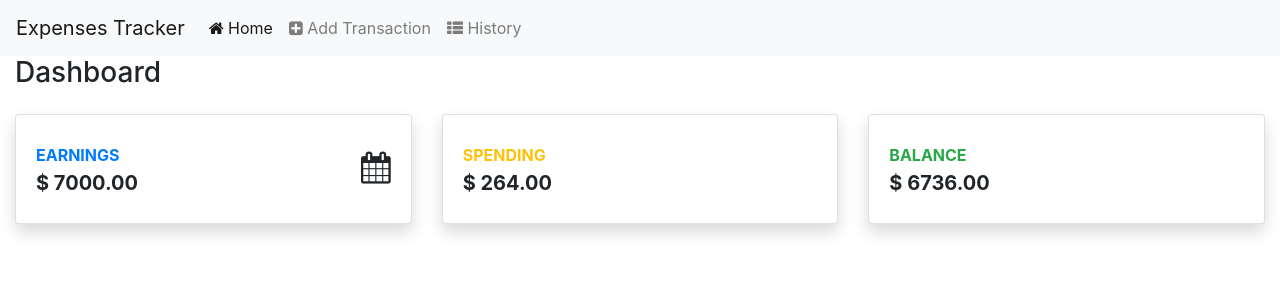
Repository: yucheng91/CI3-expenses-manager
Page: http://localhost/home
The author's editor kept a record of every edit. The page is drawn from the files as they stood at one moment, then again after the next edit.
The browser window is 1280 px wide. The pictures show the whole page.
The page is served by the project's application, run on Flask 3 (app.py). The database holds what the project's SQL file puts in it.

Above is the page before.

### templates/index.html
<!doctype html>
<html lang="en">

<head>
    <!-- Required meta tags -->
    <meta charset="utf-8">
    <meta name="viewport" content="width=device-width, initial-scale=1, shrink-to-fit=no">

    <!-- Bootstrap CSS -->
    <link rel="stylesheet" href="https://cdnjs.cloudflare.com/ajax/libs/font-awesome/4.7.0/css/font-awesome.css">
    <link rel="stylesheet" href="https://stackpath.bootstrapcdn.com/bootstrap/4.3.1/css/bootstrap.min.css" integrity="sha384-ggOyR0iXCbMQv3Xipma34MD+dH/1fQ784/j6cY/iJTQUOhcWr7x9JvoRxT2MZw1T" crossorigin="anonymous">
    <link rel="stylesheet" href="{{ url_for('static', filename='css/style.css') }}">

    <title>Hello, world!</title>
</head>

<body>
    <!--nav bar-->
    <nav class="navbar navbar-expand-sm navbar-light bg-light fixed-top">
  <a class="navbar-brand" href="#">Expenses Tracker</a>
  <button class="navbar-toggler" type="button" data-toggle="collapse" data-target="#navbarNav" aria-controls="navbarNav" aria-expanded="false" aria-label="Toggle navigation">
    <span class="navbar-toggler-icon"></span>
  </button>
  <div class="collapse navbar-collapse" id="navbarNav">
    <ul class="navbar-nav">
      <li class="nav-item active">
        <a class="nav-link" href="{{ url_for('home') }}"><i class="fa fa-home" aria-hidden="true"></i> Home</a>
      </li>
      <li class="nav-item">
        <a class="nav-link" href="{{ url_for('addtransaction') }}"><i class="fa fa-plus-square" aria-hidden="true"></i> Add Transaction</a>
      </li>
      <li class="nav-item">
        <a class="nav-link" href="{{ url_for('viewall') }}"><i class="fa fa-th-list" aria-hidden="true"></i> History</a>
      </li>
    </ul>
  </div>
    </nav>
    <!--end nav-->

<div id="content">
          <!-- Begin Page Content -->
        <div class="container-fluid">

          <!-- Page Heading -->
          <div class="d-sm-flex align-items-center justify-content-between mb-4">
            <h1 class="h3 mb-0 text-gray-800">Dashboard</h1>
          </div>

          <!-- Content Row -->
          <div class="row">

            <!-- Earnings (Monthly) Card Example -->
            <div class="col-xl-4 col-md-6 mb-4">
              <div class="card border-left-primary shadow h-100 py-2">
                <div class="card-body">
                  <div class="row no-gutters align-items-center">
                    <div class="col mr-2">
                      <div class="text-xs font-weight-bold text-primary text-uppercase mb-1">Earnings</div>
                      <div class="h5 mb-0 font-weight-bold text-gray-800">$ {{totaldebit['totaldebit']}}</div>
                    </div>
                    <div class="col-auto">
                      <i class="fa fa-calendar fa-2x text-gray-300"></i>
                    </div>
                  </div>
                </div>
              </div>
            </div>

            <!-- Earnings (Monthly) Card Example -->
            <div class="col-xl-4 col-md-6 mb-4">
              <div class="card border-left-warning shadow h-100 py-2">
                <div class="card-body">
                  <div class="row no-gutters align-items-center">
                    <div class="col mr-2">
                      <div class="text-xs font-weight-bold text-warning text-uppercase mb-1">Spending</div>
                      <div class="h5 mb-0 font-weight-bold text-gray-800">$ {{totalcredit['totalcredit']}}</div>
                    </div>
                    <div class="col-auto">
                      <i class="fa fa-dollar-sign fa-2x text-gray-300"></i>
                    </div>
                  </div>
                </div>
              </div>
            </div>

            <!-- Earnings (Monthly) Card Example -->
            <div class="col-xl-4 col-md-6 mb-4">
              <div class="card border-left-success shadow h-100 py-2">
                <div class="card-body">
                  <div class="row no-gutters align-items-center">
                    <div class="col mr-2">
                      <div class="text-xs font-weight-bold text-success text-uppercase mb-1">Balance</div>
                      <div class="h5 mb-0 font-weight-bold text-gray-800">$ {{balance['balance']}}</div>
                    </div>
                    <div class="col-auto">
                      <i class="fa fa-dollar-sign fa-2x text-gray-300"></i>
                    </div>
                  </div>
                </div>
              </div>
            </div>
        <!-- /.container-fluid -->
</div>

    <script src="https://code.jquery.com/jquery-3.3.1.slim.min.js" integrity="sha384-q8i/X+965DzO0rT7abK41JStQIAqVgRVzpbzo5smXKp4YfRvH+8abtTE1Pi6jizo" crossorigin="anonymous"></script>
    <script src="https://cdnjs.cloudflare.com/ajax/libs/popper.js/1.14.7/umd/popper.min.js" integrity="sha384-UO2eT0CpHqdSJQ6hJty5KVphtPhzWj9WO1clHTMGa3JDZwrnQq4sF86dIHNDz0W1" crossorigin="anonymous"></script>
    <script src="https://stackpath.bootstrapcdn.com/bootstrap/4.3.1/js/bootstrap.min.js" integrity="sha384-JjSmVgyd0p3pXB1rRibZUAYoIIy6OrQ6VrjIEaFf/nJGzIxFDsf4x0xIM+B07jRM" crossorigin="anonymous"></script>
</body>

</html>

### app.py
from flask import Flask, render_template, request, redirect, url_for
import os
import pymysql

connection = pymysql.connect(
    host='localhost', # IP address of the database; localhost means "the local machine"
    user="yucheng91",  #the mysql user
    password="coconuty", #the password for the user
    database="expenses" #the name of database we want to use
)

#if PHP doesn't show, perform $ sudo apt-get install --reinstall libapache2-mod-php7.2

app = Flask(__name__)

@app.route('/home')
def home():
    cursor = connection.cursor(pymysql.cursors.DictCursor)
    sql = "SELECT SUM(debit) AS totaldebit FROM transaction"
    cursor.execute(sql)
    totaldebit = cursor.fetchone()

    sql = "SELECT SUM(credit) AS totalcredit FROM transaction"
    cursor.execute(sql)
    totalcredit = cursor.fetchone()

    sql = "SELECT (SELECT SUM(debit) AS sumdebit FROM transaction) - (SELECT SUM(credit) AS sumcredit FROM transaction) AS balance FROM transaction"
    cursor.execute(sql)
    balance = cursor.fetchone()
    return render_template('index.html',totaldebit = totaldebit, totalcredit = totalcredit,balance=balance)

@app.route('/view-all')
def viewall():
    cursor = connection.cursor(pymysql.cursors.DictCursor)
    sql = "SELECT * FROM transaction JOIN categories ON transaction.categoriesid = categories.id JOIN mode ON transaction.modeid = mode.id JOIN account on transaction.accountid = account.id"
    cursor.execute(sql)
    results = []
    for r in cursor:
         results.append(r)

    sql = "SELECT SUM(debit) AS totaldebit FROM transaction"
    cursor.execute(sql)
    totaldebit = cursor.fetchone()

    sql = "SELECT SUM(credit) AS totalcredit FROM transaction"
    cursor.execute(sql)
    totalcredit = cursor.fetchone()

    sql = "SELECT (SELECT SUM(debit) AS sumdebit FROM transaction) - (SELECT SUM(credit) AS sumcredit FROM transaction) AS balance FROM transaction"
    cursor.execute(sql)
    balance = cursor.fetchone()

    return render_template('transaction_overview.html', data=results,totaldebit = totaldebit, totalcredit = totalcredit,balance=balance)

@app.route('/new-transaction/', methods=["GET"])
def addtransaction():

    cursor = connection.cursor(pymysql.cursors.DictCursor)
    sql = "SELECT * FROM mode"
    # fetch all genres and store it in a list
    cursor.execute(sql)
    mode = []
    for r in cursor:
        mode.append({
            'id' : r['id'],
            'name': r['mname']
        })

    # fetch all media type and store it in a list
    sql = "SELECT * FROM categories"
    cursor.execute(sql)
    categories = []
    for r in cursor:
        categories.append({
            'id':r['id'],
            'name': r['cname']
        })

    # fetch all media type and store it in a list
    sql = "SELECT * FROM account"
    cursor.execute(sql)
    account = []
    for r in cursor:
        account.append({
            'id':r['id'],
            'name': r['aname']
        })

    sql = "SELECT * FROM tag"
    cursor.execute(sql)
    tag = []
    for r in cursor:
        tag.append({
            'id':r['id'],
            'name': r['tname']
        })

    return render_template('new_transaction.html', mode=mode, categories=categories, account=account, tag=tag)

@app.route('/new-transaction/', methods=["POST"])
def process_addtransaction():
    transaction_name = request.form.get("transaction")
    category_name = request.form.get("category")
    mode_name = request.form.get("mode")
    by_name = request.form.get("by")
    debit_name = request.form.get("debit")
    if request.form.get("debit") == "":
        debit_name = "0"

    credit_name = request.form.get("credit")
    if request.form.get("credit") == "":
        credit_name = "0"

    cursor = connection.cursor(pymysql.cursors.DictCursor)

    sql = "INSERT INTO transaction (description,categoriesid,modeid,accountid,debit,credit) VALUE (%s,%s,%s,%s,%s,%s)"
    cursor.execute(sql,[transaction_name,category_name,mode_name,by_name,debit_name,credit_name])

    transactionid = cursor.lastrowid
    tagid = request.form.getlist("tag")
    for t in tagid:
        sql = "INSERT INTO transactiontag (transactionid,tagid) VALUE (%s,%s)"
        cursor.execute(sql,[transactionid,t])

    connection.commit()
    return redirect(url_for('viewall'))

# Edit transaction
@app.route('/view-all/edit/<id>')
def edit_transaction(id):

    cursor = connection.cursor(pymysql.cursors.DictCursor)
    sql = "SELECT * FROM transaction JOIN transactiontag ON transaction.id = transactiontag.transactionid JOIN tag ON transactiontag.tagid = tag.id WHERE transaction.id = {}".format(id)
    cursor.execute(sql)
    transaction = cursor.fetchone()

    sql = "DELETE FROM transactiontag WHERE transactiontag.transactionid = {}".format(id)
    cursor.execute(sql)

    sql = "SELECT * FROM mode"
    cursor.execute(sql)
    mode = []
    for r in cursor:
        mode.append({
            'id' : r['id'],
            'name': r['mname']
        })

    sql = "SELECT * FROM categories"
    cursor.execute(sql)
    categories = []
    for r in cursor:
        categories.append({
            'id':r['id'],
            'name': r['cname']
        })

    sql = "SELECT * FROM account"
    cursor.execute(sql)
    account = []
    for r in cursor:
        account.append({
            'id':r['id'],
            'name': r['aname']
        })

    sql = "SELECT * FROM tag"
    cursor.execute(sql)
    tag = []
    for r in cursor:
        tag.append({
            'id':r['id'],
            'name': r['tname']
        })

    return render_template('edit_transaction.html', transaction = transaction, mode=mode, categories=categories, account=account, tag=tag)

@app.route('/view-all/edit/<id>', methods=['POST'])
def update_transaction(id):
    transaction_name = request.form.get("transaction")
    category_name = request.form.get("category")
    mode_name = request.form.get("mode")
    by_name = request.form.get("by")
    debit_name = request.form.get("debit")
    if request.form.get("debit") == "":
        debit_name = "0"

    credit_name = request.form.get("credit")
    if request.form.get("credit") == "":
        credit_name = "0"

    cursor = connection.cursor(pymysql.cursors.DictCursor)

    cursor.execute("UPDATE transaction SET description = '{}',categoriesid = '{}',modeid = '{}',accountid = '{}',debit = '{}',credit = '{}' WHERE id = {}".format(transaction_name,category_name,mode_name,by_name,debit_name,credit_name,id))

    tagid = request.form.getlist("tag")
    for t in tagid:
        sql = "INSERT INTO transactiontag (transactionid,tagid) VALUE (%s,%s)"
        cursor.execute(sql,[id,t])

    connection.commit()
    return redirect(url_for('viewall'))

@app.route('/view-all/delete/<id>')
def confirm_delete_transaction(id):
    cursor = connection.cursor(pymysql.cursors.DictCursor)
    sql = "SELECT * FROM transaction JOIN categories ON transaction.categoriesid = categories.id JOIN mode ON transaction.modeid = mode.id JOIN account on transaction.accountid = account.id WHERE transaction.id = {}".format(id)
    cursor.execute(sql)
    transaction = cursor.fetchone()

    return render_template('delete_transaction.html', transaction = transaction)

@app.route('/view-all/delete/<id>', methods=['POST'])
def delete_transaction(id):
    cursor = connection.cursor(pymysql.cursors.DictCursor)
    sql = "DELETE FROM transactiontag WHERE transactiontag.transactionid = {}".format(id)
    cursor.execute(sql)

    sql = "DELETE FROM transaction WHERE transaction.id = {}".format(id)
    cursor.execute(sql)

    connection.commit()
    return redirect(url_for('viewall'))

# "magic code" -- boilerplate
if __name__ == '__main__':
    app.run(host=os.environ.get('IP'),
            port=int(os.environ.get('PORT')),
            debug=True)

### static/css/style.css
img {
    width:75%;
    margin-left:auto;
    margin-right:auto;
}

#content {
    padding-top:56px;
}

.btn {
    margin:3px;
}

@media (max-width: 255px){
body {
    font-size:90%;
}
}

@media (max-width: 255px){

#content{
padding-top:96px;
}

body {
    font-size:80%;
}
}

### database.sql (the tables this page reads)
CREATE TABLE `transaction` (
  `id` int(11) NOT NULL AUTO_INCREMENT,
  `description` text CHARACTER SET utf8 NOT NULL,
  `debit` decimal(11,2) DEFAULT '0.00',
  `credit` decimal(11,2) DEFAULT '0.00',
  `createdAt` timestamp NOT NULL DEFAULT CURRENT_TIMESTAMP ON UPDATE CURRENT_TIMESTAMP,
  `accountid` int(11) NOT NULL,
  `categoriesid` int(11) NOT NULL,
  `modeid` int(11) NOT NULL,
  PRIMARY KEY (`id`),
  KEY `accountid` (`accountid`),
  KEY `categoriesid` (`categoriesid`),
  KEY `modeid` (`modeid`),
  CONSTRAINT `transaction_ibfk_1` FOREIGN KEY (`accountid`) REFERENCES `account` (`id`),
  CONSTRAINT `transaction_ibfk_2` FOREIGN KEY (`categoriesid`) REFERENCES `categories` (`id`),
  CONSTRAINT `transaction_ibfk_3` FOREIGN KEY (`modeid`) REFERENCES `mode` (`id`)
) ENGINE=InnoDB AUTO_INCREMENT=19 DEFAULT CHARSET=latin1;

INSERT INTO `transaction` VALUES (1,'Code Institute : Income of the month July 2019',3500.00,0.00,'2019-08-22 07:41:18',1,9,1),(2,'SIM HQ Income of the Month : July 2019',3500.00,0.00,'2019-08-05 04:13:11',2,9,5),(3,'Taxi Taxi',0.00,40.00,'2019-08-23 05:56:58',1,4,3),(13,'Lunch Money for Brother\'s Dew school',0.00,40.00,'2019-08-20 08:15:28',1,3,1),(14,'RWS Day trip',0.00,154.00,'2019-08-20 08:17:02',2,7,3),(15,'New backpack',0.00,0.00,'2019-08-26 07:39:22',1,1,1),(16,'Test tag 1',0.00,10.00,'2019-08-27 06:24:42',1,1,1),(17,'test tag 2',0.00,20.00,'2019-08-27 06:24:58',1,1,1),(18,'test 1 + 2 ',0.00,0.00,'2019-08-27 06:55:37',2,7,3);

After the next edit:
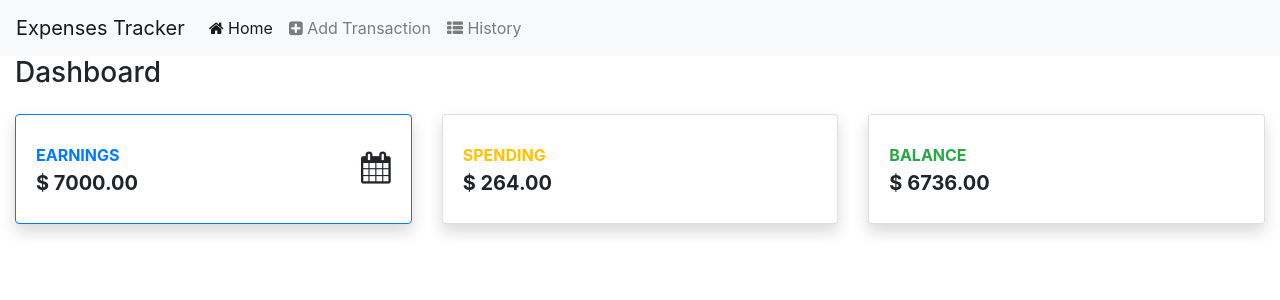
The edit:
--- a/templates/index.html
+++ b/templates/index.html
@@ -51,7 +51,7 @@
 
             <!-- Earnings (Monthly) Card Example -->
             <div class="col-xl-4 col-md-6 mb-4">
-              <div class="card border-left-primary shadow h-100 py-2">
+              <div class="card border-primary shadow h-100 py-2">
                 <div class="card-body">
                   <div class="row no-gutters align-items-center">
                     <div class="col mr-2">
